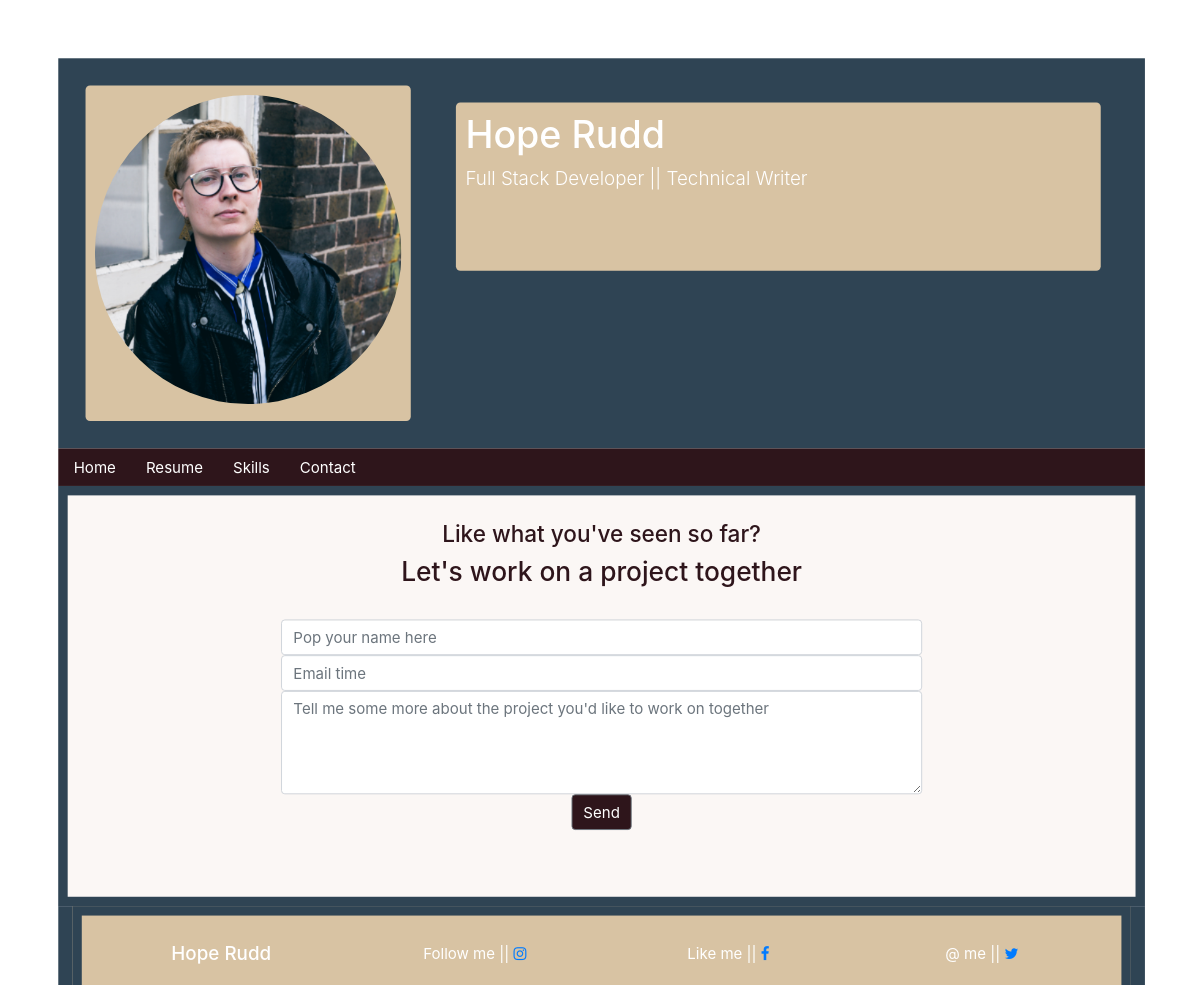
Repository: BleakTerrain/MilestoneProject-
Page: contact.html
The author's editor kept a record of every edit. The page is drawn from the files as they stood at one moment, then again after the next edit.
The browser window is 1280 px wide. The pictures show the whole page, at 94% of full size.
Some web libraries are served in a nearby version.

Above is the page before.

After the next edit:
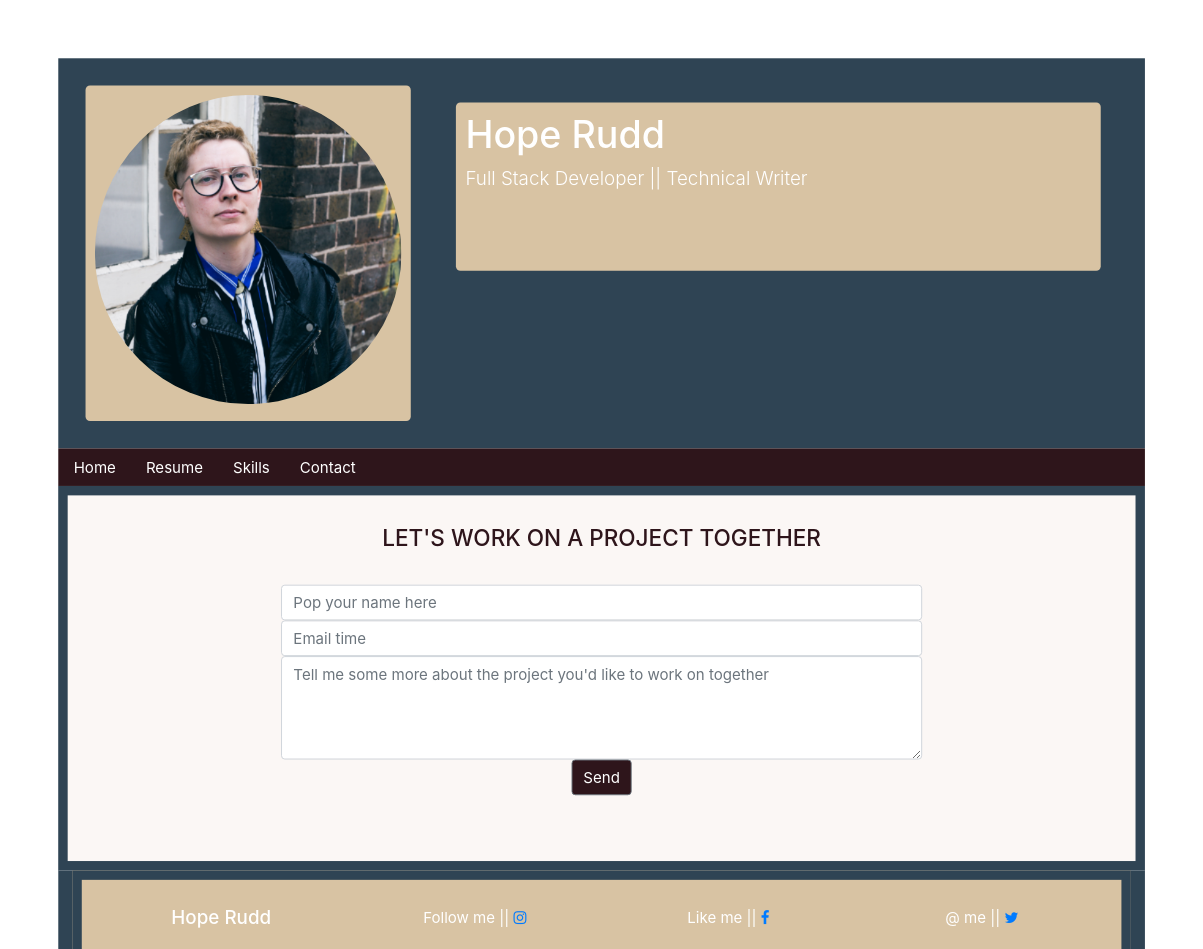
The edit:
--- a/contact.html
+++ b/contact.html
@@ -66,8 +66,7 @@
     <div class="row contact-main-text">
        <!-- Form not hooked up but there as an example of the form to come -->
       <div class="col">
-        <h4 class="text-center">Like what you've seen so far?</h4>
-        <h3 class= "text-center">Let's work on a project together</h3>
+        <h4 class= "form-text text-center text-uppercase">Let's work on a project together</h4>
         <div class="middle-form">
           <form>
             <input type="text" name="name" id="fullname" class ="form-control" placeholder ="Pop your name here" required />
